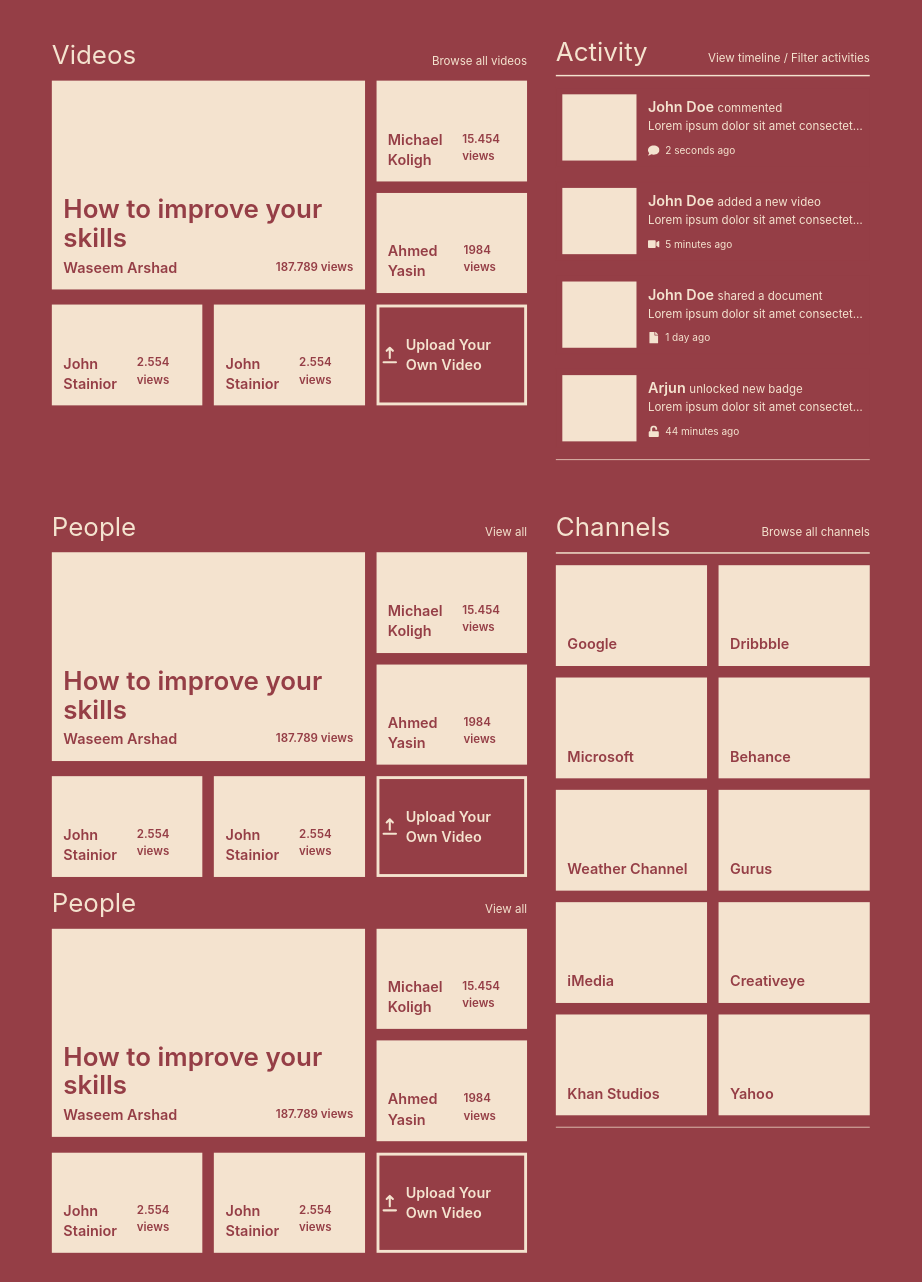
Repository: farrelmuhammad/test-salt
Page: /
An editor plug-in stored every save of this project. The page is shown before and after the next save, followed by the edit.
The browser window is 1280 px wide. The pictures show the whole page, at 72% of full size.
The project was rebuilt for these pictures with package versions that can differ from the ones it lists, and the page was loaded fresh each time. Also part of the build but not shown: src/App.css.

Above is the page before, as saved 2022-11-21 17:06:18.

After the next save:
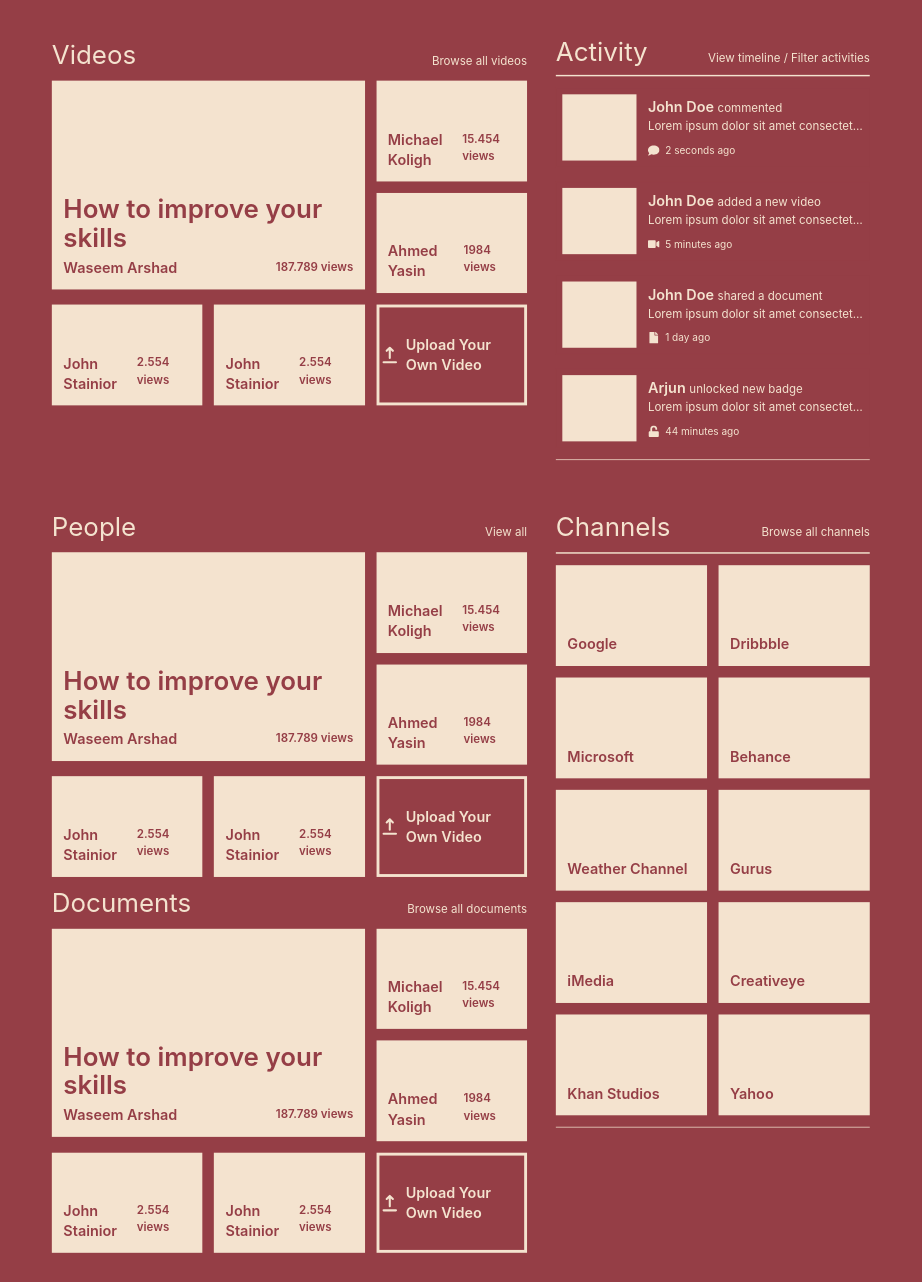
Saved 26 s later.
--- a/src/App.js
+++ b/src/App.js
@@ -4,6 +4,7 @@ import Box from "./components/Box";
 import Channels from "./components/Channels";
 import Activity from "./components/Activity";
 import People from "./components/People";
+import Document from "./components/People copy";
 
 function App() {
   return (
@@ -23,7 +24,7 @@ function App() {
         <div class="flex grid-cols-2 gap-2 m-10">
           <div className="flex-auto w-64">
             <People />
-            <People />
+            <Document />
           </div>
           <div className="flex-auto w-8">
             <Channels />
